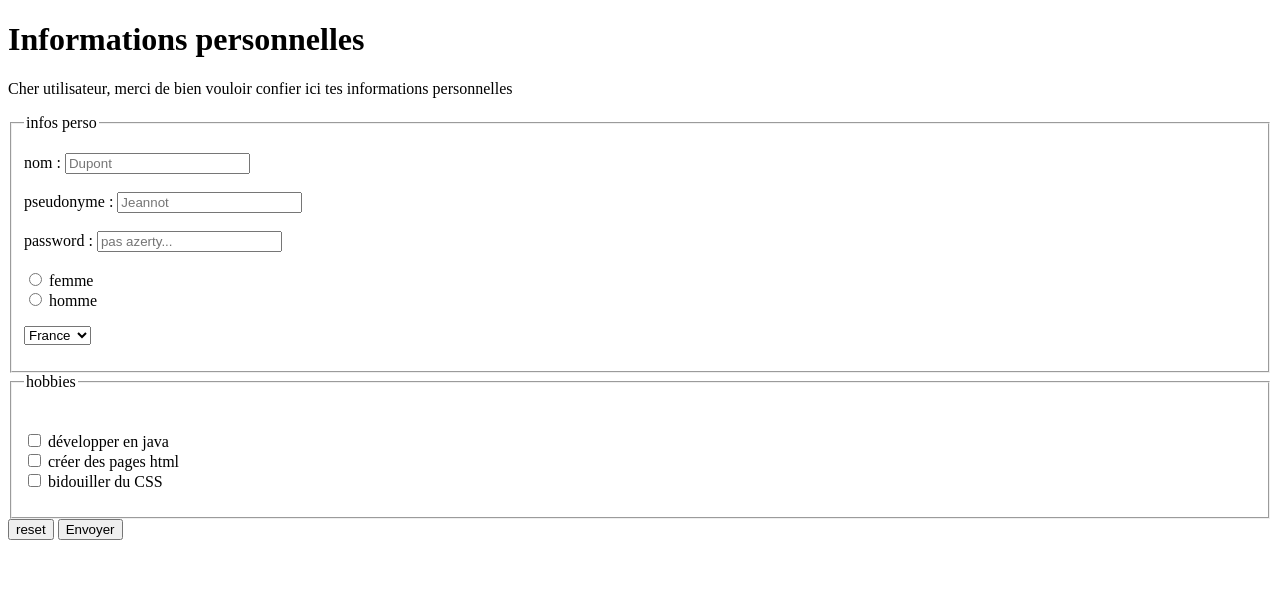
Repository: FabiendeBelleville/test
Page: GTM-eclipse-workspace-Fabien_Drouin/fabienFormulaire/WebContent/formulaire.html
The author's editor kept a copy of each file at every save. The page is drawn from the files as they stood at one save, then again after the next save.
The browser window is 1280 px wide. The pictures show the whole page.

Above is the page before, as saved 2018-10-01 14:15:36.

### GTM-eclipse-workspace-Fabien_Drouin/fabienFormulaire/WebContent/formulaire.html
<!DOCTYPE html>
<html>
<head>
<meta charset="ISO-8859-1">
<title>Formulaire</title>
</head>
<body>

	<h1>Informations personnelles</h1>
	<p>Cher utilisateur, merci de bien vouloir confier ici tes
		informations personnelles</p>

	<form method="post" action="CestQui">
		<fieldset>
			<legend>infos perso</legend>

			<p>
				nom : <input type="text" name="nom" placeholder="Dupont" /> <br>
				<br> pseudonyme : <input type="text" name="pseudonyme"
					placeholder="Jeannot" /> <br> <br> password : <input
					type="text" name="password" placeholder="pas azerty..." /> <br />
				<br /> <input type="radio" name="sex" value="femme" id="femme" />
				<label for="femme">femme</label> <br /> <input type="radio"
					name="sex" value="homme" id="homme" /> <label for="homme">homme</label>
				<br />
			</p>


			<p>
				<select name="hobbies" id="hobbies">
<br> Pays :
					<option value="France">France</option>
					<option value="Grece">Grece</option>
					<option value="Albanie">Albanie</option>
					<option value="Nigeria">Nigeria</option>

				</select>
			</p>


		</fieldset>


		<fieldset>
			<legend>hobbies</legend>



			<p>
				<br /> <input type="checkbox" name="java" id="java" /> <label
					for="java">développer en java</label><br /> <input type="checkbox"
					name="html" id="html" /> <label for="html">créer des pages
					html</label><br /> <input type="checkbox" name="CSS" id="CSS" /> <label
					for="epinards">bidouiller du CSS</label><br />
			</p>


		</fieldset>

		<input type="reset" value="reset" /> <input type="submit"
			value="Envoyer" />
	</form>




</body>
</html>

After the next save:
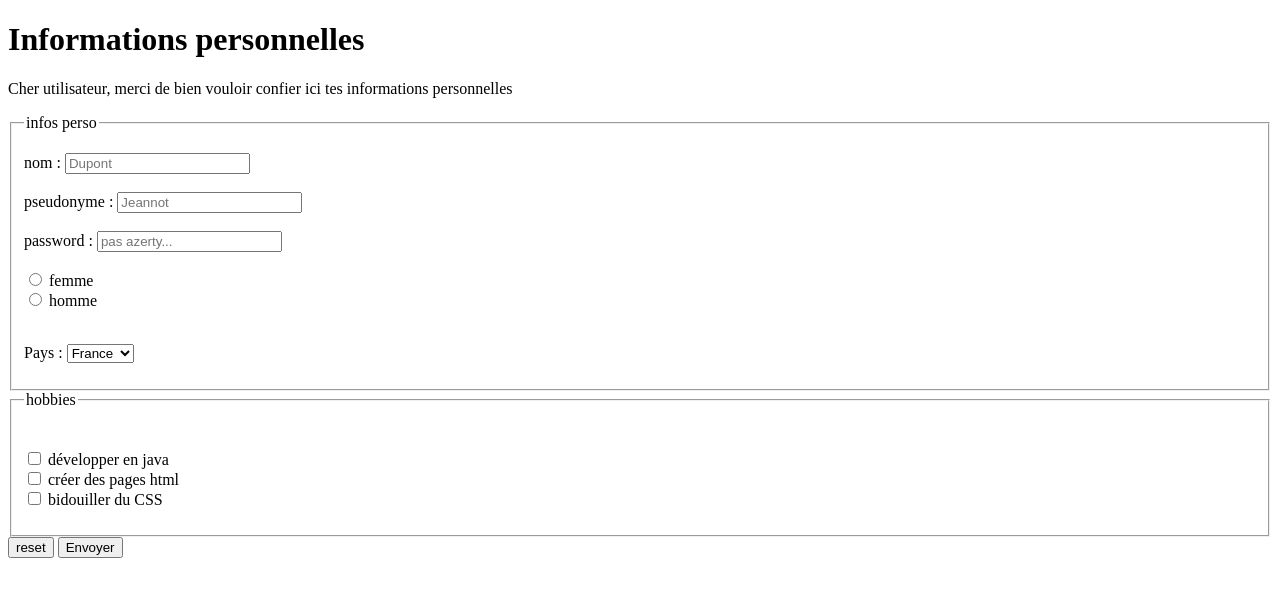
Saved 30 s later.
--- a/GTM-eclipse-workspace-Fabien_Drouin/fabienFormulaire/WebContent/formulaire.html
+++ b/GTM-eclipse-workspace-Fabien_Drouin/fabienFormulaire/WebContent/formulaire.html
@@ -27,8 +27,10 @@
 
 
 			<p>
+
+			<br> Pays :
 				<select name="hobbies" id="hobbies">
-<br> Pays :
+
 					<option value="France">France</option>
 					<option value="Grece">Grece</option>
 					<option value="Albanie">Albanie</option>
